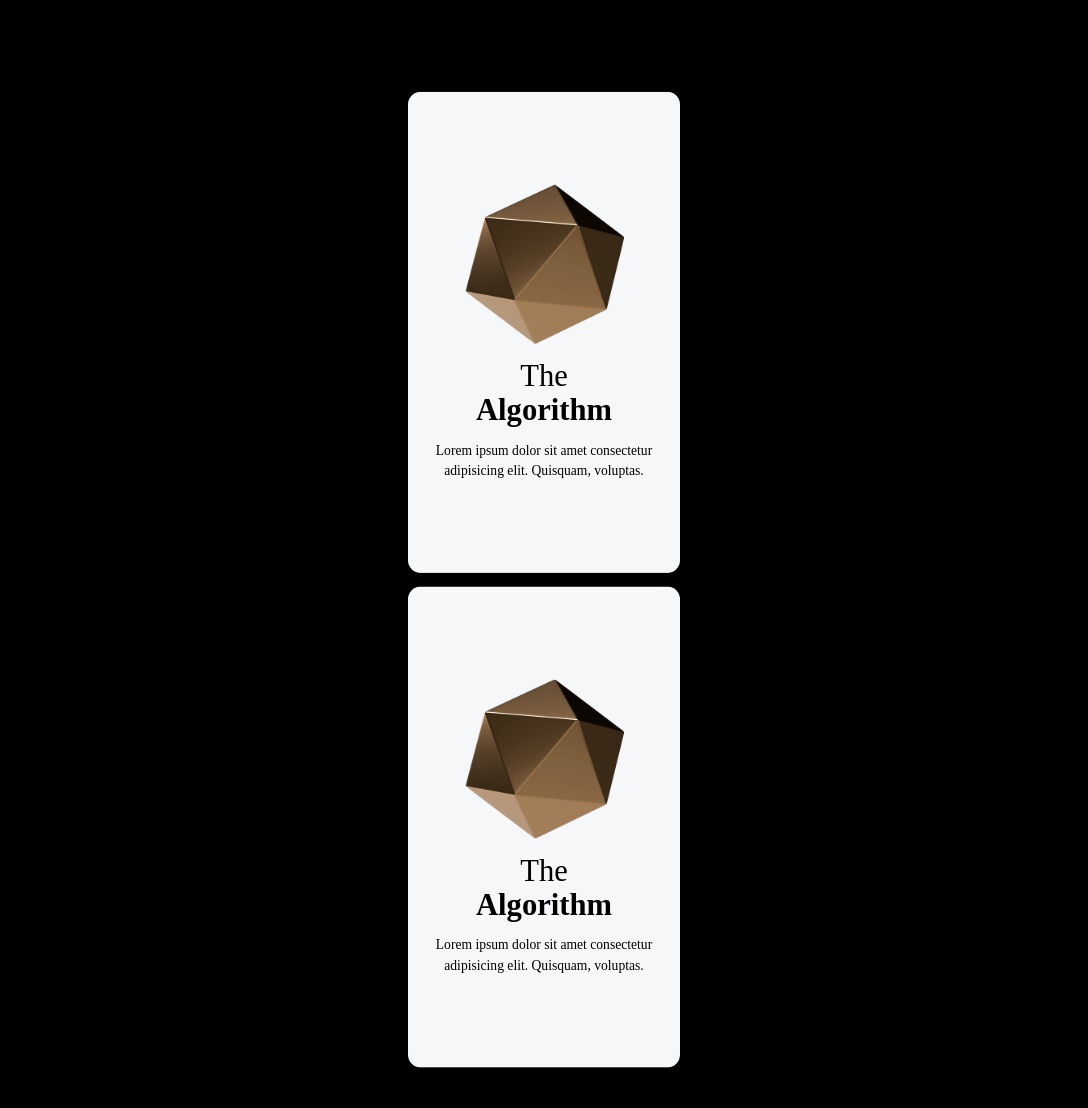
Repository: Himani0002/Scroll-Trigger
Page: index.html
An editor plug-in stored every save of this project. The page is shown before and after the next save, followed by the edit.
The browser window is 1280 px wide. The pictures show the whole page, at 85% of full size.
Some web fonts or font styles are not loaded; a fallback is used. Some web libraries are served in a nearby version.

Above is the page before, as saved 2024-11-15 21:41:17.

### index.html
<!DOCTYPE html>
<html lang="en">

<head>
  <meta charset="UTF-8">
  <meta name="viewport" content="width=device-width, initial-scale=1.0">
  <script src="https://cdn.tailwindcss.com"></script>
  <title>Document</title>
  <style>
    @import url('https://fonts.googleapis.com/css2?family=Edu+AU+VIC+WA+NT+Pre:wght@400..700&family=Lato:ital,wght@0,100;0,300;0,400;0,700;0,900;1,100;1,300;1,400;1,700;1,900&family=Montserrat:ital,wght@0,100..900;1,100..900&family=Roboto+Slab:wght@100..900&display=swap');

    * {
      padding: 0;
      font-family: "Edu AU VIC WA NT Pre", cursive;
      margin: 0;
      box-sizing: border-box;
    }

    html,
    body {
      height: 100%;
      width: 100%;
      background-color: black;
    }
  </style>
</head>
<main class="w-full  text-center flex flex-col gap-4 items-center pt-[15vh]">
  <div
    class="card1 flex sticky top-[15vh] flex-col w-[25svw] rounded-[15px] py-[15vh] px-[20px] gap-4 items-center bg-[#F5F7F8]">
    <img src="./image/1.png" class="w-[190px] aspect-square" alt="">
    <h1 class="text-4xl font-thin">
      The<br>
      <span class="font-bold">Algorithm</span>
    </h1>
    <p>
      Lorem ipsum dolor sit amet consectetur adipisicing elit. Quisquam, voluptas.
    </p>
  </div>
  <div
    class="card2 sticky top-[15vh] flex flex-col w-[25svw] rounded-[15px] py-[15vh] px-[20px] gap-4 items-center bg-[#F5F7F8]">
    <img src="./image/1.png" class="w-[190px] aspect-square" alt="">
    <h1 class="text-4xl font-thin">
      The<br>
      <span class="font-bold">Algorithm</span>
    </h1>
    <p>
      Lorem ipsum dolor sit amet consectetur adipisicing elit. Quisquam, voluptas.
    </p>
  </div>

</main>

<body>

</body>

</html>

After the next save:
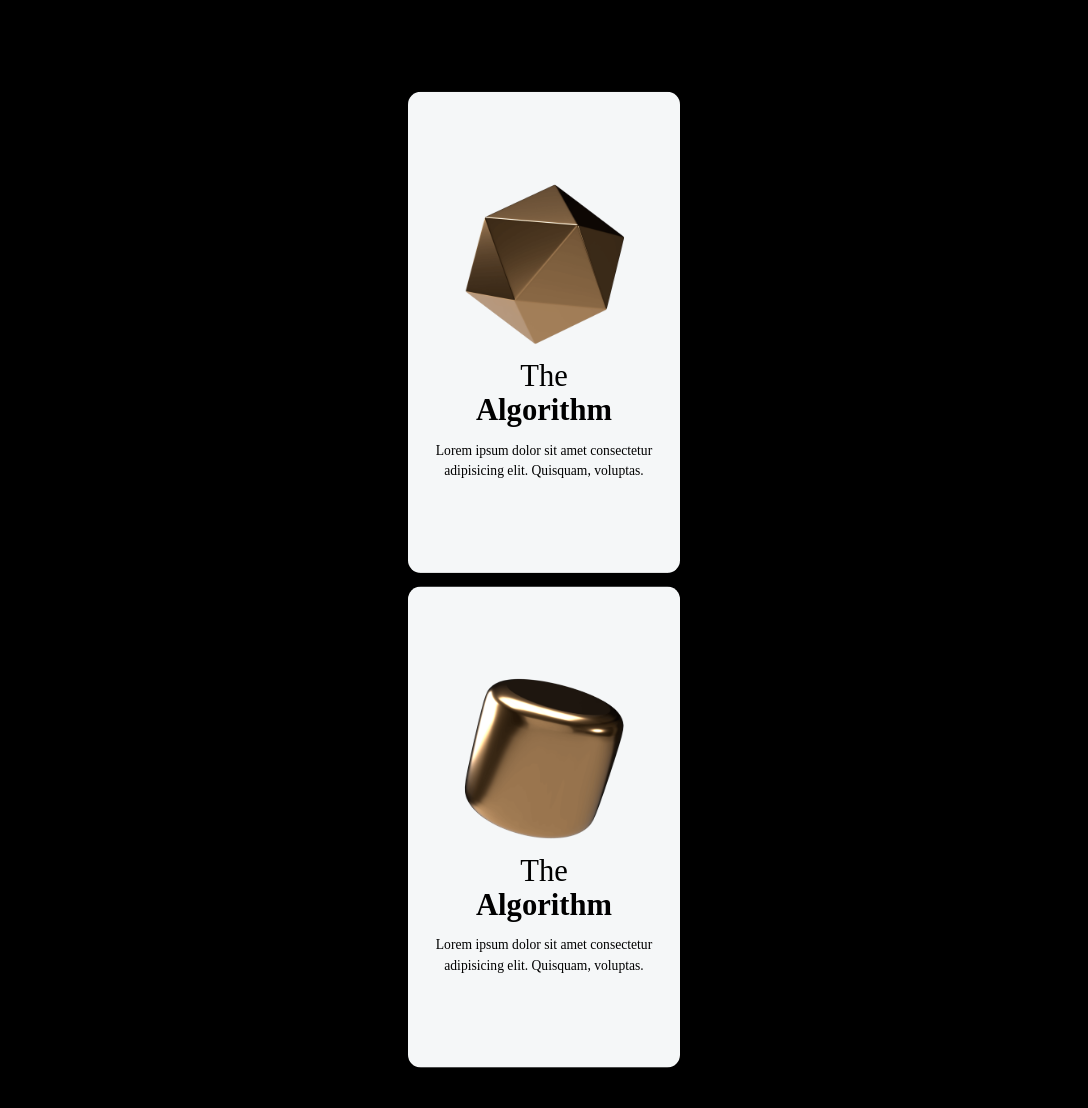
Saved 47 s later.
--- a/index.html
+++ b/index.html
@@ -38,7 +38,7 @@
   </div>
   <div
     class="card2 sticky top-[15vh] flex flex-col w-[25svw] rounded-[15px] py-[15vh] px-[20px] gap-4 items-center bg-[#F5F7F8]">
-    <img src="./image/1.png" class="w-[190px] aspect-square" alt="">
+    <img src="./image/2.png" class="w-[190px] aspect-square" alt="">
     <h1 class="text-4xl font-thin">
       The<br>
       <span class="font-bold">Algorithm</span>
